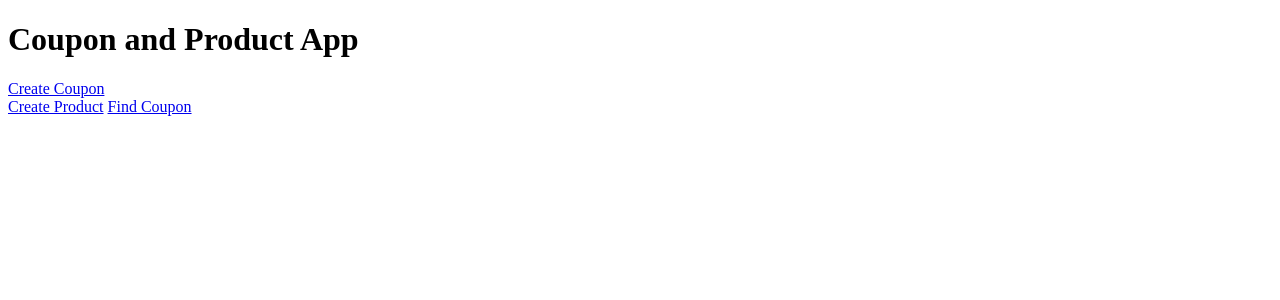
Repository: amitshinde1911/TD-Java-Training
Page: JDBC,Servlet and JSP/candpapp/src/main/webapp/index.html
The author's editor kept a copy of each file at every save. The page is drawn from the files as they stood at one save, then again after the next save.
The browser window is 1280 px wide. The pictures show the whole page.

Above is the page before, as saved 2024-12-08 06:52:47.

### JDBC,Servlet and JSP/candpapp/src/main/webapp/index.html
<!DOCTYPE html>
<html>
<head>
<meta charset="UTF-8">
<title>Coupon and Product app</title>
</head>
<body>
	<h1>Coupon and Product App</h1>
	<a href="createCoupon.jsp">Create Coupon</a> </br>
	<a href="createProduct.jsp">Create Product</a>
	<a href="findCoupon.jsp">Find Coupon</a>
</body>
</html>

After the next save:
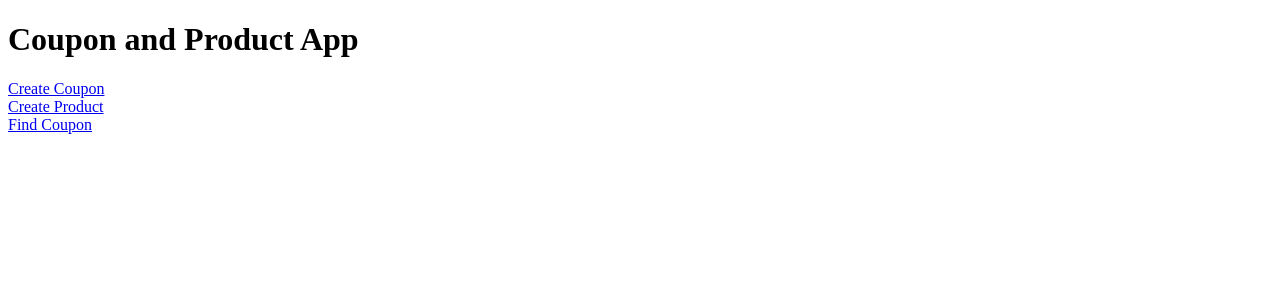
Saved 13 s later.
--- a/JDBC,Servlet and JSP/candpapp/src/main/webapp/index.html
+++ b/JDBC,Servlet and JSP/candpapp/src/main/webapp/index.html
@@ -7,7 +7,7 @@
 <body>
 	<h1>Coupon and Product App</h1>
 	<a href="createCoupon.jsp">Create Coupon</a> </br>
-	<a href="createProduct.jsp">Create Product</a>
-	<a href="findCoupon.jsp">Find Coupon</a>
+	<a href="createProduct.jsp">Create Product</a></br>
+	<a href="findCoupon.jsp">Find Coupon</a></br>
 </body>
 </html>
